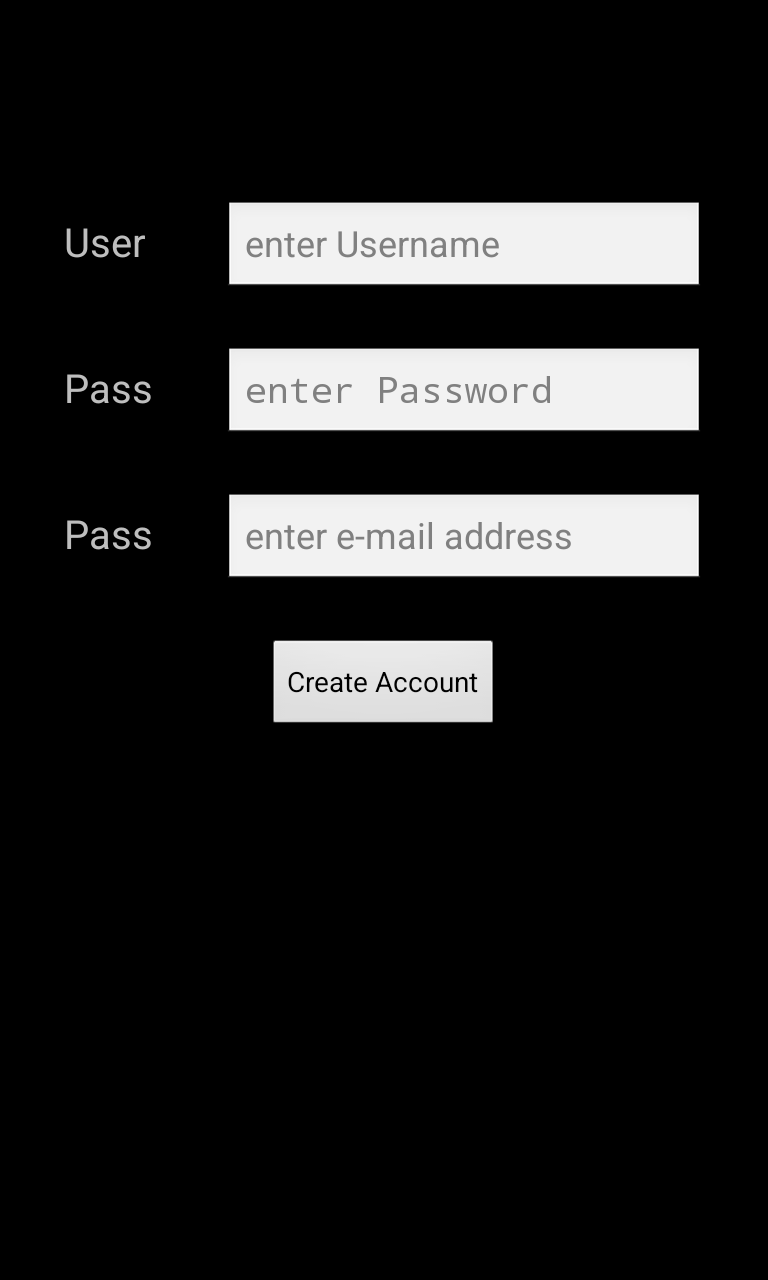
Repository: frebblegameteam/FrebbleApp
Layout: Frebble/libs/res/layout/activity_sign_up.xml
The author's editor kept a copy of each file at every save. The layout is drawn from the files as they stood at one save, then again after the next save.
It is drawn on a 768 x 1280 px phone screen (xhdpi) without system bars, with theme android:Theme; the app's code is not run.

Above is the layout before, as saved 2014-09-19 08:17:30.

### Frebble/libs/res/layout/activity_sign_up.xml
<RelativeLayout xmlns:android="http://schemas.android.com/apk/res/android"
    xmlns:tools="http://schemas.android.com/tools"
    android:layout_width="match_parent"
    android:layout_height="match_parent"
    android:paddingLeft="@dimen/activity_horizontal_margin"
    android:paddingRight="@dimen/activity_horizontal_margin"
    tools:context="com.hollandhaptics.frebble.SignUpActivity" >

    <LinearLayout
        android:id="@+id/L00"
        android:layout_width="match_parent"
        android:layout_height="wrap_content"
        android:layout_marginTop="100dp"
        android:orientation="horizontal">

        <TextView android:layout_width="0dp"
       		android:layout_weight="1"
        	android:layout_height="wrap_content"
        	android:textSize="20sp"
        	android:text="@string/User"/>

        <EditText android:id="@+id/userField"
    	    android:layout_width="0dp"
        	android:layout_weight="3"
        	android:layout_height="wrap_content"
        	android:hint="@string/userHint"/>
        </LinearLayout>

        <LinearLayout android:id="@+id/L01"
        android:layout_width="match_parent"
        android:layout_height="wrap_content"
        android:layout_below="@id/L00"
        android:layout_marginTop="25dp"
        android:orientation="horizontal">

        <TextView android:layout_width="0dp"
            android:layout_weight="1"
        	android:layout_height="wrap_content"
        	android:textSize="20sp"
        	android:text="@string/Password"/>

        <EditText android:id="@+id/passwordField"
            android:inputType="textPassword"
            android:layout_width="0dp"
        	android:layout_weight="3"
        	android:layout_height="wrap_content"
        	android:hint="@string/passwordHint"/>
        </LinearLayout>

        <LinearLayout android:id="@+id/L02"
        android:layout_width="match_parent"
        android:layout_height="wrap_content"
        android:layout_below="@id/L01"
        android:layout_marginTop="25dp"
        android:orientation="horizontal">

        <TextView android:layout_width="0dp"
            android:layout_weight="1"
        	android:layout_height="wrap_content"
        	android:textSize="20sp"
        	android:text="@string/Password"/>

        <EditText android:id="@+id/emailField"
            android:inputType="textEmailAddress"
            android:layout_width="0dp"
        	android:layout_weight="3"
        	android:layout_height="wrap_content"
        	android:hint="@string/emailHint"/>
        </LinearLayout>

        <Button android:id="@+id/createAccButton"
        android:layout_below="@id/L02"
        android:layout_marginTop="25dp"
        android:layout_width="wrap_content"
        android:layout_height="wrap_content"
        android:layout_centerHorizontal="true"
        android:text="@string/createAccText"/>

</RelativeLayout>

### Frebble/libs/res/values/dimens.xml
<resources>

    <!-- Default screen margins, per the Android Design guidelines. -->
    <dimen name="activity_horizontal_margin">32dp</dimen>
    <dimen name="activity_vertical_margin">32dp</dimen>

</resources>

### Frebble/libs/res/values/strings.xml
<?xml version="1.0" encoding="utf-8"?>
<resources>

    <string name="app_name">Frebble</string>
    <string name="action_settings">Settings</string>
    <string name="User">User</string>
    <string name="userHint">enter Username</string>
    <string name="Password">Pass</string>
    <string name="passwordHint">enter Password</string>
    <string name="loginText">Log in</string>
    <string name="noAccount">No account?</string>
    <string name="signupText">Sign up</string>
    <string name="title_activity_sign_up">Sign up</string>
    <string name="emailHint">enter e-mail address</string>
    <string name="createAccText">Create Account</string>

</resources>

Loaded but not shown: Frebble/libs/res/values-w820dp/dimens.xml (common file)

After the next save:
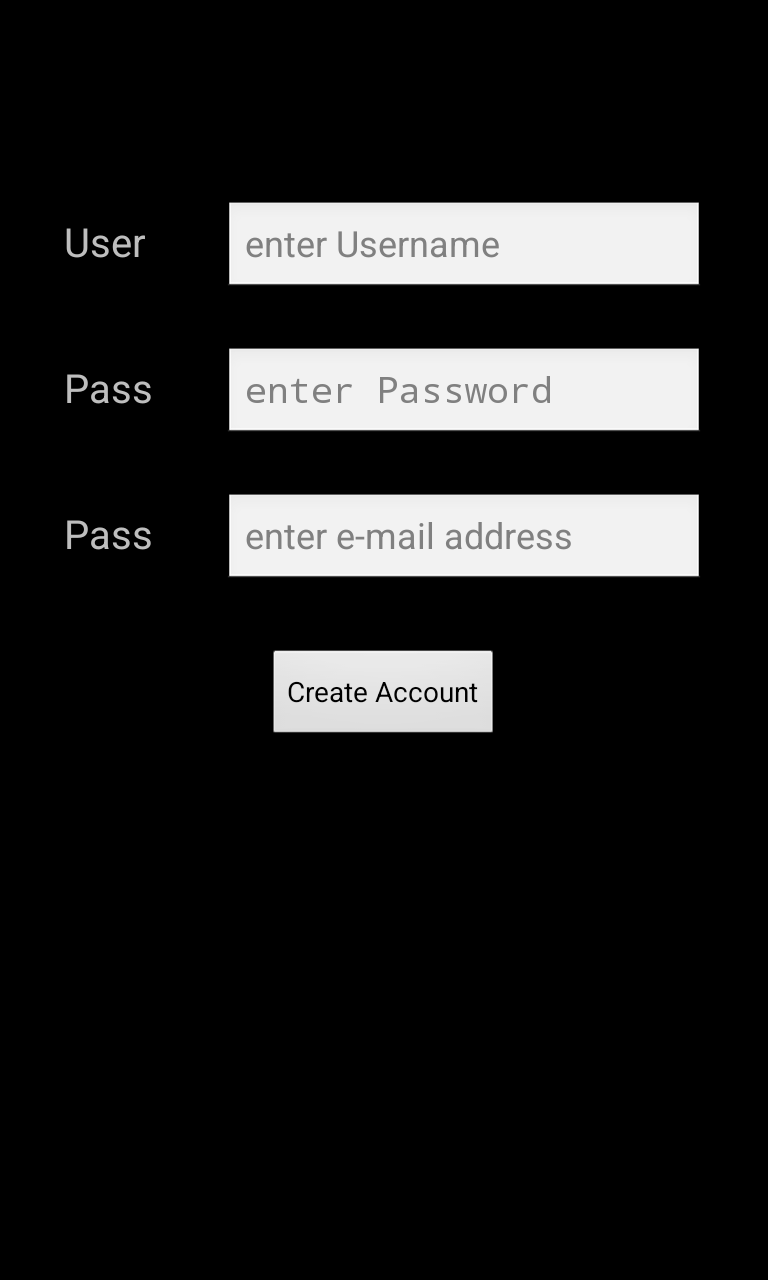
Saved 7 s later.
--- a/Frebble/libs/res/layout/activity_sign_up.xml
+++ b/Frebble/libs/res/layout/activity_sign_up.xml
@@ -70,7 +70,7 @@
 
         <Button android:id="@+id/createAccButton"
         android:layout_below="@id/L02"
-        android:layout_marginTop="25dp"
+        android:layout_marginTop="30dp"
         android:layout_width="wrap_content"
         android:layout_height="wrap_content"
         android:layout_centerHorizontal="true"
